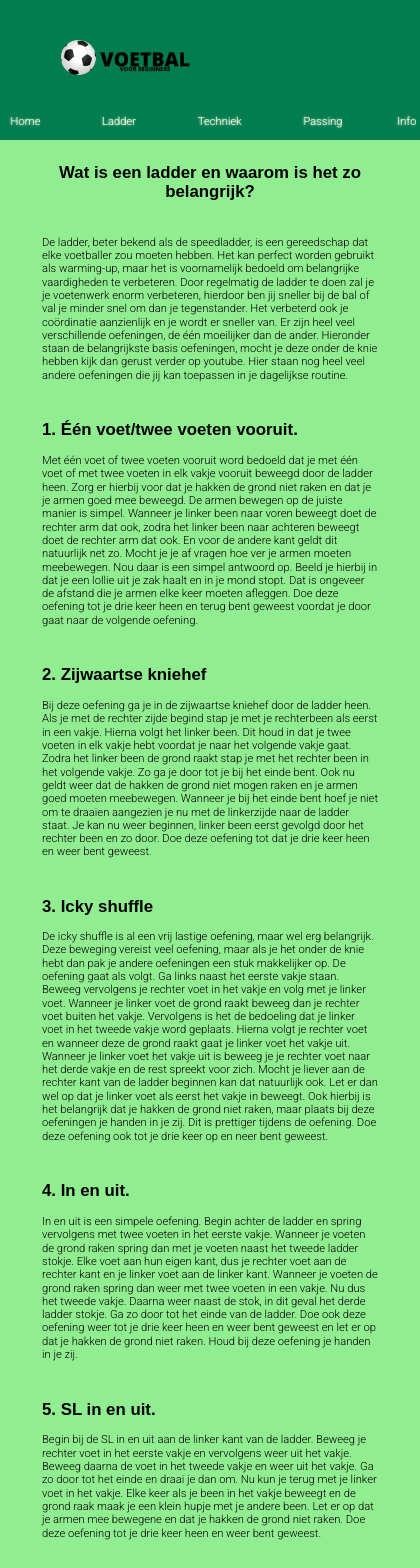
Repository: KelvinOxfoort/Start
Page: ladder.html
The author's editor kept a record of every edit. The page is drawn from the files as they stood at one moment, then again after the next edit.
The browser window is 600 px wide. The pictures show the part of the page from y = 0 to 2240 px (the page is 2775 px tall), at 70% of full size.
Some web fonts or font styles are not loaded; a fallback is used.

Above is the page before.

### ladder.html
<!DOCTYPE html>
<html lang="nl">

<head>
    <meta charset="UTF-8">
    <meta name="viewport" content="width=device-width, initial-scale=1.0">
    <meta http-equiv="X-UA-Compatible" content="ie=edge">
    <link rel="stylesheet" href="style.css">
    <link href="https://fonts.googleapis.com/css2?family=Cantora+One&family=Roboto:ital,wght@0,300;0,700;1,100&display=swap" rel="stylesheet">
    <link rel="stylesheet" href="https://cdnjs.cloudflare.com/ajax/libs/font-awesome/4.7.0/css/font-awesome.min.css">
    <script src="functions.js"></script>
    <title>Voetbal voor beginners</title>
</head>

<body>
  <header id="header">
        <div>
            <a href="index.html"><img class="logo" src="uploads/LOGO.png" alt="logo"></a>
        </div>
        <nav>
            <ul>
            <li><a href="index.html">Home</a></li>
            <li><a href="ladder.html">Ladder</a></li>
            <li><a href="techniek.html">Techniek</a></li>
            <li><a href="passing.html">Passing</a></li>
            <li id="menu">Info</li>
            </ul>
            <ul id="dropdown">
                <li><a href="contact.html">Contact</a></li>
                <li><a href="overons.html">Over Ons</a></li>
            </ul>
        </nav>
    </header>
    <main>
        <section>
            <H1>Wat is een ladder en waarom is het zo belangrijk?</H1>
            <p>De ladder, beter bekend als de speedladder, is een gereedschap dat elke voetballer zou moeten hebben. Het kan perfect worden gebruikt als warming-up, maar het is voornamelijk bedoeld om belangrijke vaardigheden te verbeteren. Door regelmatig
                de ladder te doen zal je je voetenwerk enorm verbeteren, hierdoor ben jij sneller bij de bal of val je minder snel om dan je tegenstander. Het verbeterd ook je coördinatie aanzienlijk en je wordt er sneller van. Er zijn heel veel verschillende
                oefeningen, de één moeilijker dan de ander. Hieronder staan de belangrijkste basis oefeningen, mocht je deze onder de knie hebben kijk dan gerust verder op youtube. Hier staan nog heel veel andere oefeningen die jij kan toepassen in je
                dagelijkse routine.</p>
        </section>
        <br>
        <section>
            <H2>1. Één voet/twee voeten vooruit.</H2>
            <p>Met één voet of twee voeten vooruit word bedoeld dat je met één voet of met twee voeten in elk vakje vooruit beweegd door de ladder heen. Zorg er hierbij voor dat je hakken de grond niet raken en dat je je armen goed mee beweegd. De armen
                bewegen op de juiste manier is simpel. Wanneer je linker been naar voren beweegt doet de rechter arm dat ook, zodra het linker been naar achteren beweegt doet de rechter arm dat ook. En voor de andere kant geldt dit natuurlijk net zo.
                Mocht je je af vragen hoe ver je armen moeten meebewegen. Nou daar is een simpel antwoord op. Beeld je hierbij in dat je een lollie uit je zak haalt en in je mond stopt. Dat is ongeveer de afstand die je armen elke keer moeten afleggen.
                Doe deze oefening tot je drie keer heen en terug bent geweest voordat je door gaat naar de volgende oefening.</p>
        </section>
        <br>
        <section>
            <h2>2. Zijwaartse kniehef</h2>
            <p>Bij deze oefening ga je in de zijwaartse kniehef door de ladder heen. Als je met de rechter zijde begind stap je met je rechterbeen als eerst in een vakje. Hierna volgt het linker been. Dit houd in dat je twee voeten in elk vakje hebt voordat
                je naar het volgende vakje gaat. Zodra het linker been de grond raakt stap je met het rechter been in het volgende vakje. Zo ga je door tot je bij het einde bent. Ook nu geldt weer dat de hakken de grond niet mogen raken en je armen goed
                moeten meebewegen. Wanneer je bij het einde bent hoef je niet om te draaien aangezien je nu met de linkerzijde naar de ladder staat. Je kan nu weer beginnen, linker been eerst gevolgd door het rechter been en zo door. Doe deze oefening
                tot dat je drie keer heen en weer bent geweest.</p>
        </section>
        <br>
        <section>
            <h2>3. Icky shuffle</h2>
            <p>De icky shuffle is al een vrij lastige oefening, maar wel erg belangrijk. Deze beweging vereist veel oefening, maar als je het onder de knie hebt dan pak je andere oefeningen een stuk makkelijker op. De oefening gaat als volgt. Ga links naast
                het eerste vakje staan. Beweeg vervolgens je rechter voet in het vakje en volg met je linker voet. Wanneer je linker voet de grond raakt beweeg dan je rechter voet buiten het vakje. Vervolgens is het de bedoeling dat je linker voet in
                het tweede vakje word geplaats. Hierna volgt je rechter voet en wanneer deze de grond raakt gaat je linker voet het vakje uit. Wanneer je linker voet het vakje uit is beweeg je je rechter voet naar het derde vakje en de rest spreekt voor
                zich. Mocht je liever aan de rechter kant van de ladder beginnen kan dat natuurlijk ook. Let er dan wel op dat je linker voet als eerst het vakje in beweegt. Ook hierbij is het belangrijk dat je hakken de grond niet raken, maar plaats
                bij deze oefeningen je handen in je zij. Dit is prettiger tijdens de oefening. Doe deze oefening ook tot je drie keer op en neer bent geweest.</p>
        </section>
        <br>
        <section>
            <h2>4. In en uit.</h2>
            <p>In en uit is een simpele oefening. Begin achter de ladder en spring vervolgens met twee voeten in het eerste vakje. Wanneer je voeten de grond raken spring dan met je voeten naast het tweede ladder stokje. Elke voet aan hun eigen kant, dus
                je rechter voet aan de rechter kant en je linker voet aan de linker kant. Wanneer je voeten de grond raken spring dan weer met twee voeten in een vakje. Nu dus het tweede vakje. Daarna weer naast de stok, in dit geval het derde ladder
                stokje. Ga zo door tot het einde van de ladder. Doe ook deze oefening weer tot je drie keer heen en weer bent geweest en let er op dat je hakken de grond niet raken. Houd bij deze oefening je handen in je zij.</p>
        </section>
        <br>
        <section>
            <h2>5. SL in en uit.</h2>
            <p>Begin bij de SL in en uit aan de linker kant van de ladder. Beweeg je rechter voet in het eerste vakje en vervolgens weer uit het vakje. Beweeg daarna de voet in het tweede vakje en weer uit het vakje. Ga zo door tot het einde en draai je
                dan om. Nu kun je terug met je linker voet in het vakje. Elke keer als je been in het vakje beweegt en de grond raak maak je een klein hupje met je andere been. Let er op dat je armen mee bewegene en dat je hakken de grond niet raken.
                Doe deze oefening tot je drie keer heen en weer bent geweest.</p>
        </section>
        <br>
        <section>
            <h1>Goed gedaan!</h1>
            <p  class="goed-gedaan">Dit waren de eerste oefeningen. Probeer deze oefeningen zo vaak als je kunt en wanneer je deze onder de knie hebt zal je dit ook gaan merken in het veld. Je zal wendbaarder en sneller zijn, daarbij zal je coördinatie zijn verbeterd. Ga vooral
                opzoek naar nieuwe oefeningen. Hoe meer je er kunt hoe beter je zal worden.</p>
        </section>
    </main>
     <footer id="footer">
        <div class="footercolumns">
            <ul class="footerpagina">
                <li><a href="index.html">Home</a></li>
                <li><a href="ladder.html">Ladder</a></li>
                <li><a href="passing.html">Passing</a></li>
                <li><a href="techniek.html">Techniek</a></li>
            </ul>
            <ul class="footerinfo">
                <li><a href="overons.html">Over Ons</a></li>
                <li><a href="contact.html">Contact</a></li>
            </ul>
            <ul class="footercontact">
                <li><i class="fa fa-phone"></i> <a href="tel:0611111111">06 11 11 11 11</a>
                </li>
                <li><i class="fa fa-envelope"></i> <a href="mailto:oxfoort@test.com">oxfoort@test.com</a>
                </li>
            </ul>
        </div>
    </footer>
</body>

</html>

### style.css
:root {
    --header-footer-kleur: #037d50;
    --color-text: #ffffdb;
}


body {
    font-family: 'Roboto', sans-serif;
}

body {
    background-color: #90ee90;
    margin: 0;
}

h1,
h2,
h3,
h4 {
    font-family: 'Cantora One', sans-serif;
}

.overzicht {
    text-align: center;
}

li {
    list-style: none;
}

ul {
    padding: 0;
}

main {
    min-height: 75vh;
}

h1 {
    margin: 0;
    padding: 2rem 0rem;
}




header {
    background-color: #037d50;
    display: flex;
    flex-wrap: nowrap;
    height: 116px;
}

header li, header a {
    text-decoration: none;
    color: unset;
    line-height: 1.5;
    padding: 10px;
}

header li:hover {
    transition: ease-in-out 0.3s all;
    color: #037d50;
    background: #90ee90;
    cursor: pointer;

}

header li {
    color: var(--color-text);
    text-shadow: -1px 0px 3px white;
}

nav li {
    list-style: none;
    line-height: 5;
}

nav {
    display: flex;
    flex-wrap: nowrap;
    flex-basis: 30%;
    margin-left: 30%;
    position: relative;
}

nav ul {
    display: flex;
    flex-wrap: nowrap;
    justify-content: space-between;
    width: 100%;
    line-height: 6.5;
    position: absolute;
}

#dropdown {
    display: none;
    position: absolute;
    width: 40%;
    background: #037d50;
    top: calc( 100% - 1px );
    right: -28.4%;
    margin: 0;
}

#dropdown.active {
    display: block;
}

#dropdown li{
    line-height: 3;
}

.logo {
    width: 250px;
    margin-left: 50%;
}


footer {
    background-color: var(--header-footer-kleur);
}

.footercolumns {
    display: flex;
    flex-wrap: nowrap;
    justify-content: space-between;
}

.footercolumns li {
    list-style: none;
}

footer a {
    text-decoration: none;
    color: unset;
    line-height: 1.5;
}

footer li{
    color: #ffffdb;
    text-shadow: -1px 0px 3px white;
}

footer a:hover {
    transition: ease-in-out 0.3s all;
    color: #90ee90;
}

footer ul {
    width: 28%;
}

.footerinfo {
    text-align: center;
}

.footercontact {
    text-align: right;
}

.container {
    padding-top: 10%;
}


.banner {
    background-image: url(https://cdn.pixabay.com/photo/2014/10/14/20/24/the-ball-488718_1280.jpg);
    width: 100%;
    background-repeat: no-repeat;
    height: 80vh;
    background-size: cover;
}

.banner-content {
    color: #000;
    width: 55%;
    padding: 50px 0 50px 50px;
    font-size: 18px;
    font-weight: bold;
    border: solid 3px #037d50;
    background-color: #ffffff6e;
}

.quote {
    display: flex;
    flex-wrap: nowrap;
    justify-content: space-between;
}

.quote blockquote {
    margin: 0;
    margin-bottom: 40px;
}


section h1 {
    text-align: center;
}




.contact-pagina h1 {
    text-align: center;
}

.contact-formulier {
    max-width: 600px;
    margin: auto;
    padding: 0 10px;
    overflow: hidden;
}

.contact-formulier-naam {
    display: initial;
    width: 49.6%;
    box-sizing: border-box;
    margin: 16px 0 0 0;
    border: 0;
    padding: 20px 40px;
    outline: none;
}

.contact-formulier-naam:focus {
    box-shadow: 0 0 10px 4px #037d50;
}

.contact-formulier-email {
    display: block;
    width: 100%;
    box-sizing: border-box;
    margin: 16px 0;
    border: 0;
    padding: 20px 40px;
    outline: none;
}

.contact-formulier-email:focus {
    box-shadow: 0 0 10px 4px #037d50;
}

.contact-formulier-tekst {
    display: block;
    width: 100%;
    box-sizing: border-box;
    margin: 16px 0;
    border: 0;
    padding: 20px 40px;
    outline: none;
}

.contact-formulier-tekst:focus {
    box-shadow: 0 0 10px 4px #037d50;
}

textarea.contact-formulier-tekst {
    resize: none;
    height: 120px;
}

.contact-formulier-knop {
    float: right;
    margin-bottom: 50px;
    border: 0;
    padding: 12px 50px;
    border-radius: 20px;
    cursor: pointer;
    transition: 0.5s;
}

.contact-formulier-knop:hover {
    background: #e0e0e0;
}

section,
hr,
.footercolumns {
    margin: 0 10%;
}

.mediasection ul {
    display: flex;
    flex-wrap: nowrap;
    justify-content: space-between;
    margin-top: 20px;
    margin-bottom: 20px;
}

iframe {
    width: 100%;
    height: 100%;
    border: none;
}


video {
    width: 100%;
    height: 100%;
}

.fotovids1 {
    background-image: url(./uploads/voetballende_kinderen.png);
    background-size: cover;
    background-repeat: no-repeat;
    background-position-y: 35%;
}

.fotovids2 {
    background-size: cover;
    background-repeat: no-repeat;
    background-position-y: 35%;
}

.fotovids3,
.fotovids4 {
    background-color: black;
}


.fotovids5 {
    background-image: url(https://cdn.pixabay.com/photo/2016/06/29/09/28/football-1486353_960_720.jpg);
    background-size: cover;
    background-repeat: no-repeat;
    background-position-y: 75%;
}

.mediasection ul li {
    width: 19%;
}

.plaatjesection ul {
    display: flex;
    flex-wrap: nowrap;
    justify-content: space-between;
    margin-top: 40px;
    margin-bottom: 40px;
}

.plaatjesection ul li {
    width: 28%;
    background-color: #d0fad0;
    box-shadow: 1px 1px 9px 0px black;
}

.plaatjesection div {
    margin-left: 20px;
    margin-right: 20px;
}

.plaatje {
    background: url(https://media.defense.gov/2013/Sep/09/2000710340/-1/-1/0/130829-D-RT812-259.JPG) no-repeat;
    background-size: cover;
    background-position-y: 98%;
    height: 190px;
    margin-top: 20px;
    margin-bottom: 5px;
}

.tweede {
    background: url(https://encrypted-tbn0.gstatic.com/images?q=tbn%3AANd9GcQGQujdtUYY6ZvVAVyYnViHFfmqRA8QfeRchdvbMtoRneMGzXFF&usqp=CAU) no-repeat;
    background-size: cover;
}

.derde {
    background: url(https://encrypted-tbn0.gstatic.com/images?q=tbn%3AANd9GcRbiFGD33UEuO2sUuPWsS63qn6kfET_udMECwd8WcEFtynlFjDH&usqp=CAU) no-repeat;
    background-size: cover;
    background-position-y: 11%;
}

.textarea p {
    margin-top: 15px;
    margin-bottom: 25px;
}

.paginaplaatje {
    height: 130px;
    width: 280px;
    margin-top: 20px;
    margin-bottom: 5px;
}

.map {
    height: 300px;
}

.goed-gedaan {
    margin-bottom: 50px;
}


table {
    text-align: left;
    margin-left: auto;
    margin-right: auto;
    border-spacing: 0;
}

table, th, td {
    border: solid 1px black;
}

th, td {
    padding: 5px;
}

 table {
        margin-bottom: 60px;
    }

    .ontzichtbaar {
        border: solid 1px #90ee90;
    }


@media (max-width: 1023px) {

    .logo {
        margin-left: 10%;
    }

    nav {
        margin-left: 10%;
    }

    .banner {
        background-position-x: 56%;
    }

    .container {
        padding-top: 60%;
    }
    .plaatjesection ul {
        flex-wrap: wrap;
    }
    .plaatjesection ul li {
        width: 100%;
        margin-bottom: 50px;
    }

    .plaatjebox div {
        display: inline-block;
        width: 40%;
        vertical-align: middle;
    }

    .tweede {
        float: right;
        margin-top: 5%;
    }

    .mediasection ul {
        flex-wrap: wrap;
    }
    .mediasection ul li {
        flex-basis: 30%;
    }
    .fotovids4,
    .fotovids5 {
        flex-basis: 48% !important;
        margin-top: 30px;
    }

    .map {
        height: 314px;
    }

    #dropdown {
       right: -1.0%;
    }

    .overonstekst {
    margin-bottom: 60px;
    }

    table {
        margin-bottom: 226px;
    }

    .ontzichtbaar {
        border: solid 1px #90ee90;
    }


}

@media (max-width: 767px) {

    header {
        flex-wrap: wrap;
    }

    .logo {
        margin-left: 17%;
    }

    nav {
        flex-wrap: wrap;
        flex-basis: 100%;
        line-height: 2.5;
        margin-left: 0%;
    }

    .banner-content {
        padding: 50px;
    }

    .banner {
        background-position-x: 90%;
    }

    .quote {
        flex-wrap: wrap;
    }

    .mediasection ul {
        flex-wrap: wrap;
    }

    .mediasection ul li {
        flex-basis: 30%;
    }

    .plaatjebox div {
        width: 86%;
    }

    .contact-formulier-naam {
        width: 100%
    }

    .footercolumns {
        flex-wrap: wrap;
    }

    footer ul {
        width: 45%;
    }

    footer ul {
        width: 100%;
    }

    footer ul li {
        text-align: center;
    }


    .mediasection ul li {
        flex-basis: 100% !important;
        margin: 20px 0;
        min-height: 172px;
    }

    nav > li {
        flex-basis: 10%;
        width: 59px;
    }

    #dropdown {
        width: 35%;
        right: 0;
        text-align: right;
    }

    table {
    margin-bottom: 90px;
    }

    header li {
        padding: 5px;
    }

    .logo {
        margin-bottom: -115px;
    }

    header {
        height: 200px;
    }
}

### functions.js
//         <div id="map"></div>

//         <script>
//             function initmap() {
//                 var location = {lat: -25.363, lng: 131.044};
//                 var map = new google.maps.Map(document.getElementById("map"), {
//                     zoom: 4,
//                     center: location
//                 });
//                 var marker = new google.maps.Marker({
//                     position: location,
//                     map: map
//                 })
//                 }

//         </script>

//           <script async defer src="https://maps.googleapis.com/maps/api/js?key=AIzaSyC7btDHor-Ms7kRZcJnf92KTW2o_lgjLSs&callback=initMap"
//   type="text/javascript"></script>








window.onload=function(){

document.getElementById("menu").addEventListener("click",openMenu);

function openMenu(){
    document.getElementById("dropdown").classList.toggle("active")
};

};

After the next edit:
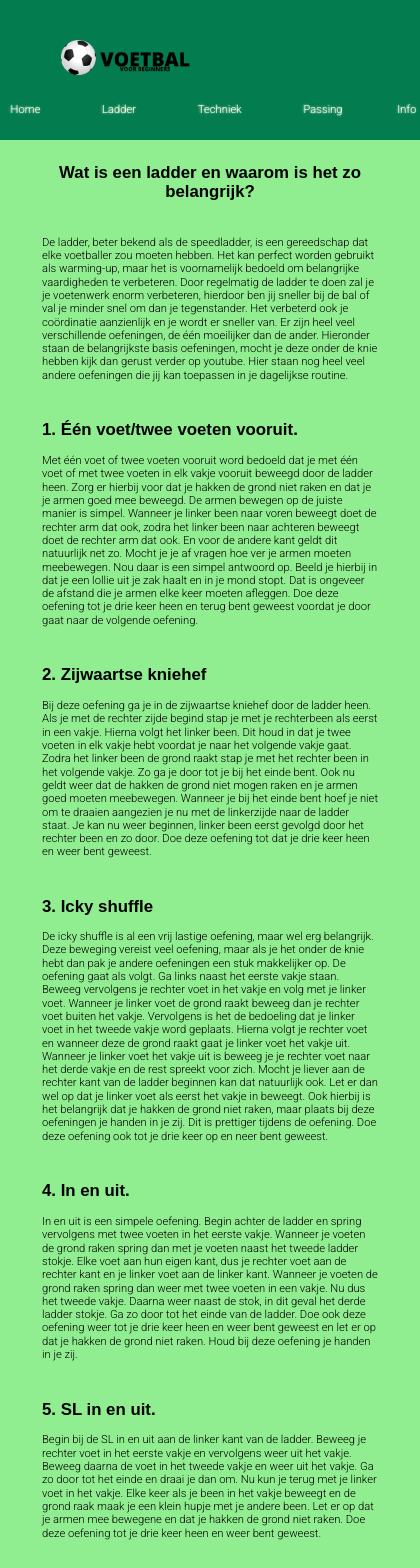
The edit:
--- a/style.css
+++ b/style.css
@@ -499,6 +499,7 @@
         flex-basis: 100%;
         line-height: 2.5;
         margin-left: 0%;
+        margin-bottom: 35px;
     }
 
     .banner-content {
